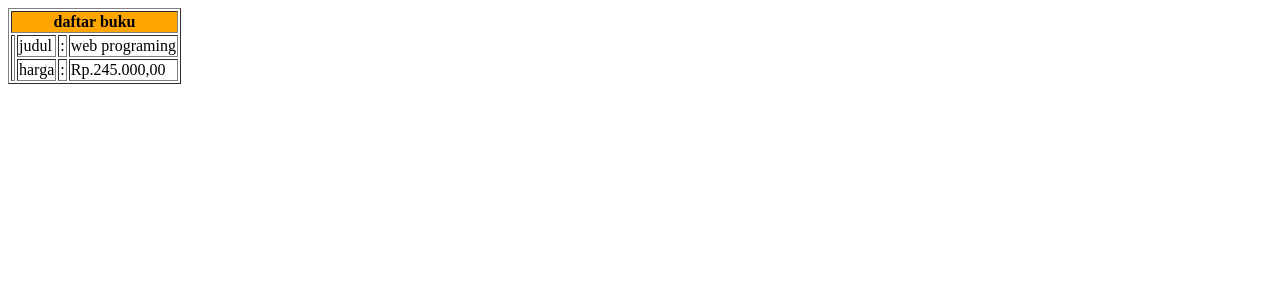
Repository: Tepen-com/challenge_24.11.6121_p4
Page: index.html
The author's editor kept a copy of each file at every save. The page is drawn from the files as they stood at one save, then again after the next save.
The browser window is 1280 px wide. The pictures show the whole page.

Above is the page before, as saved 2026-04-20 10:41:04.

### index.html
<!DOCTYPE html>
<html lang="eng">
    <head>
        <meta charset="UTF-8">
        <meta name="viewport" content="width=device-width , initiave">
        <title>p1
        </title>

    </head>
    <body>
        <table border="1">
            <tr>
                <th colspan="4" bgcolor="orange"> daftar buku</th>
            </tr>
            <tr>
                <td rowspan="3">
                </td>
                <td>
                    judul
                </td>
                <td>
                    :
                </td>
                <td>
                    web programing
                </td>
            </tr>
            <tr>
                <td>harga</td>
                <td>:</td>
                <td>Rp.245.000,00</td>
            </tr>

        </table>

    </body>


</html>

After the next save:
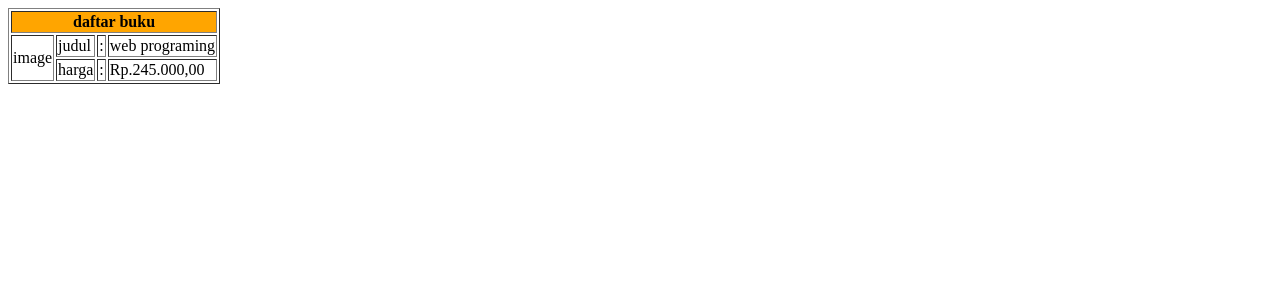
Saved 2 min 37 s later.
--- a/index.html
+++ b/index.html
@@ -13,7 +13,7 @@
                 <th colspan="4" bgcolor="orange"> daftar buku</th>
             </tr>
             <tr>
-                <td rowspan="3">
+                <td rowspan="3"> image
                 </td>
                 <td>
                     judul
